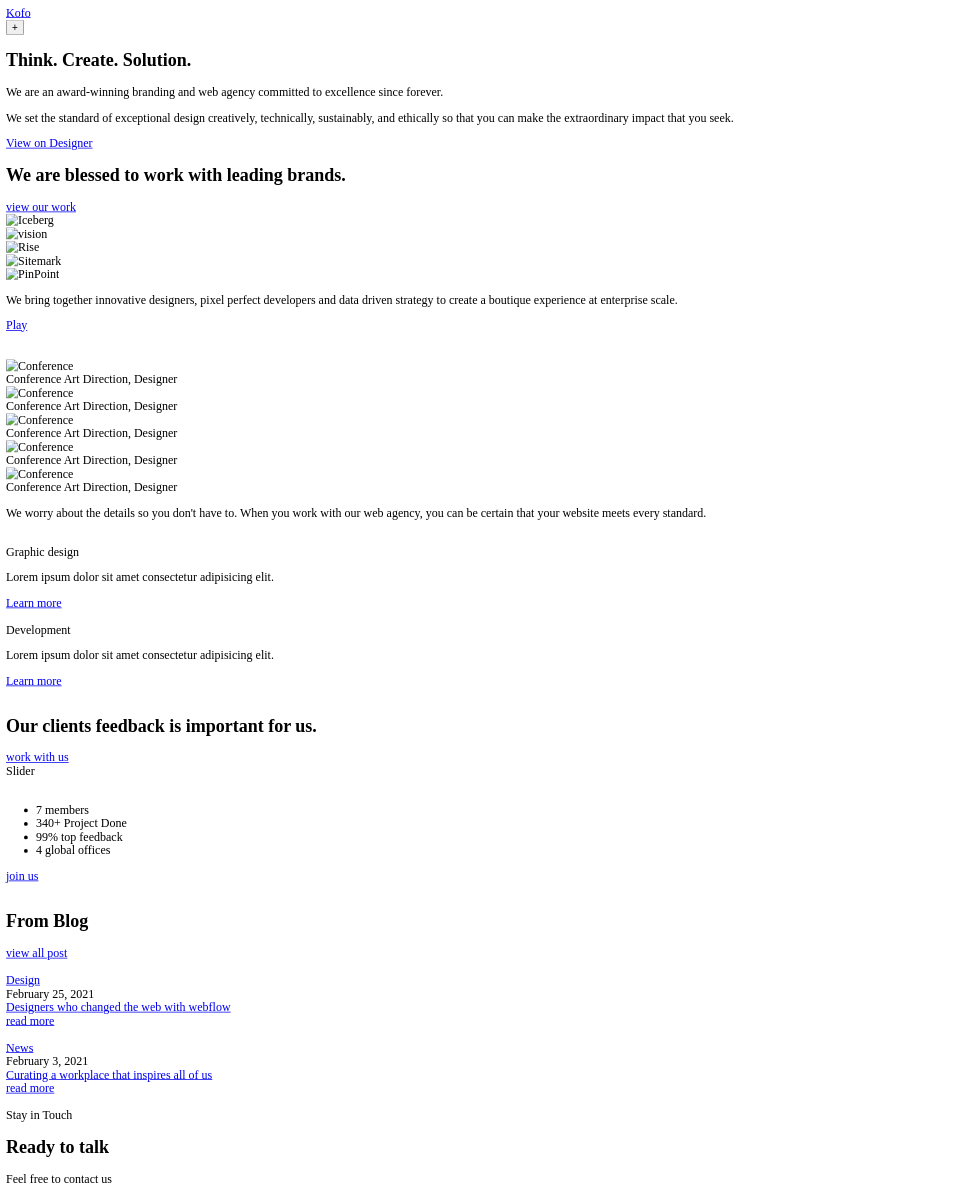
Repository: debthebuilder/kofo
Page: index.html
An editor plug-in stored every save of this project. The page is shown before and after a run of saves, followed by the edit.
The browser window is 1280 px wide. The pictures show the whole page, at 75% of full size.

Above is the page before, as saved 2022-10-13 12:04:29.

### index.html
<!DOCTYPE html>
<html lang="en">
<head>
    <meta charset="UTF-8">
    <meta http-equiv="X-UA-Compatible" content="IE=edge">
    <meta name="viewport" content="width=device-width, initial-scale=1.0">
    <title>Kofo - Webflow Portfolio template</title>
</head>
<body>
    <!--Fixed Top Navigation Bar-->
    <nav class="fixed-navbar">
        <a href="index.html" class="logo">Kofo</a>
        <div>
            <button>+</button>
        </div>
    </nav>
    <!--Hero Section-->
    <section class="hero">
        <div class="row">
            <div class="col">
                <h1>Think. <span>Create.</span> Solution.</h1>
            </div>
            <div class="col">
                <div>
                    <p>We are an award-winning branding and web agency committed to excellence since forever.</p>
                </div>
                <div>
                    <p>We set the standard of exceptional design creatively, technically, sustainably, and ethically so that you can make the extraordinary impact that you seek.</p>
                    <div>
                        <a href="#">View on Designer</a>
                        <span>
                            <img src="#" alt="" />
                        </span>
                    </div>
                </div>
            </div>
        </div>
    </section>
    <!--Partner Brands-->
    <section>
        <div>
            <h2>We are blessed to work with leading brands.</h2>
            <a href="#">view our work</a>
        </div>
        <div>
            <div class="partner-logo">
                <img src="#" alt="Iceberg" />
            </div>
            <div class="partner-logo">
                <img src="#" alt="vision" />
            </div>
            <div class="partner-logo">
                <img src="#" alt="Rise" />
            </div>
            <div class="partner-logo">
                <img src="#" alt="Sitemark" />
            </div>
            <div class="partner-logo">
                <img src="#" alt="PinPoint" />
            </div>
        </div>
    </section>
    <!--What we do-->
    <section class="about">
        <div class="row">
            <div class="col">
                <p>We bring together innovative designers, pixel perfect developers and data driven strategy to create a boutique experience at enterprise scale.</p>
                <div>
                    <a href="#">Play</a>
                    <div>
                        <img src="" alt="" />
                    </div>
                </div>
            </div>
            <div class="col">
                <div>
                    <img src="" alt="" />
                </div>
            </div>
        </div>
    </section>
    <!--Portfolio-->
    <section class="portfolio">
        <div class="grid">
            <div class="portfolio-item">
                <div class="">
                    <img src="" alt="Conference" />
                </div>
                <div class="absolute">
                    <div class="flex-items">
                        <span class="item-title">Conference</span>
                        <span class="item-tags">Art Direction, Designer</span>
                    </div>
                </div>
            </div>
            <div class="portfolio-item">
                <div class="">
                    <img src="" alt="Conference" />
                </div>
                <div class="absolute">
                    <div class="flex-items">
                        <span class="item-title">Conference</span>
                        <span class="item-tags">Art Direction, Designer</span>
                    </div>
                </div>
            </div>
            <div class="portfolio-item">
                <div class="">
                    <img src="" alt="Conference" />
                </div>
                <div class="absolute">
                    <div class="flex-items">
                        <span class="item-title">Conference</span>
                        <span class="item-tags">Art Direction, Designer</span>
                    </div>
                </div>
            </div>
            <div class="portfolio-item">
                <div class="">
                    <img src="" alt="Conference" />
                </div>
                <div class="absolute">
                    <div class="flex-items">
                        <span class="item-title">Conference</span>
                        <span class="item-tags">Art Direction, Designer</span>
                    </div>
                </div>
            </div>
            <div class="portfolio-item">
                <div class="">
                    <img src="" alt="Conference" />
                </div>
                <div class="absolute">
                    <div class="flex-items">
                        <span class="item-title">Conference</span>
                        <span class="item-tags">Art Direction, Designer</span>
                    </div>
                </div>
            </div>
        </div>
    </section>
    <!--Services-->
    <section>
        <p>We worry about the details so you don't have to. When you work with our web agency, you can be certain that your website meets every standard.</p>
        <div class="services">
            <div class="service-card">
                <div class="service-icon">
                    <img src="" alt="" />
                </div>
                <div class="service-details">
                    <div class="service-title">Graphic design</div>
                    <p class="service-intro">Lorem ipsum dolor sit amet consectetur adipisicing elit.</p>
                    <a href="about.html" class="service-link">Learn more</a>
                </div>
            </div>
            <div class="service-card">
                <div class="service-icon">
                    <img src="" alt="" />
                </div>
                <div class="service-details">
                    <div class="service-title">Development</div>
                    <p class="service-intro">Lorem ipsum dolor sit amet consectetur adipisicing elit.</p>
                    <a href="about.html" class="service-link">Learn more</a>
                </div>
            </div>
            <div class="service-card">
                <div class="service-img">
                    <img src="" alt="" />
                </div>
            </div>
        </div>
    </section>
    <!--Testimonial-->
    <section class="testimonial">
        <div>
            <h2>Our clients feedback is important for us.</h2>
            <a href="#">work with us</a>
        </div>
        <div class="feedback">
            <div>Slider</div>
        </div>
    </section>
    <!--Fun Facts-->
    <section class="fun-facts">
        <div class="row">
            <div class="col">
                <img src="" alt="" />
            </div>
            <div class="col">
                <div>
                    <ul>
                        <li class="fact">7 <span class="gray">members</span></li>
                        <li class="fact">340+ <span class="gray">Project Done</span></li>
                        <li class="fact">99% <span class="gray">top feedback</span></li>
                        <li class="fact">4 <span class="gray">global offices</span></li>
                    </ul>

                    <a href="contact.html" class="btn">join us</a>
                    <div>
                        <img src="" alt="" />
                     </div>
                </div>
            </div>
        </div>
    </section>
    <!--Latest Blog Posts-->
    <section class="blog gray-bg">
        <div class="flex-items">
            <h2>From Blog</h2>
            <a href="blog.html" class="link">view all post</a>
        </div>
        <div class="posts">
            <div class="post-card">
                <div class="card-header">
                    <a href="post.html">
                        <img src="" alt="" />
                    </a>
                </div>
                <div class="card-body">
                    <div class="card-info">
                        <div class="post-tag">
                            <a href="#">Design</a></div>
                        <span class="post-date"> February 25, 2021</span>
                    </div>
                    <div class="card-title">
                        <a href="post.html">Designers who changed the web with webflow</a> </div>
                    <div>
                        <a href="post.html" class="link">read more</a>
                    </div>
                </div>
            </div>
            <div class="post-card">
                <div class="card-header">
                    <a href="post.html">
                        <img src="" alt="" />
                    </a>
                </div>
                <div class="card-body">
                    <div class="card-info">
                        <div class="post-tag">
                            <a href="#">News</a></div>
                        <span class="post-date"> February 3, 2021</span>
                    </div>
                    <div class="card-title">
                        <a href="post.html">Curating a workplace that inspires all of us</a> </div>
                    <div>
                        <a href="post.html" class="link">read more</a>
                    </div>
                </div>
            </div>
        </div>
    </section>
    <!--Newsletter-->
    <section class="newsletter gray-bg">
        <div class="flex-items">
            <div class="">
                <img src="" alt="" />
            </div>
        </div>
        <div>
            <div class="tag">Stay in Touch</div>
            <h2>Ready to talk</h2>
            <p>Feel free to contact us</p>
        </div>
    </section>
    <!--Footer-->
</body>
</html>

After the next 7 saves:
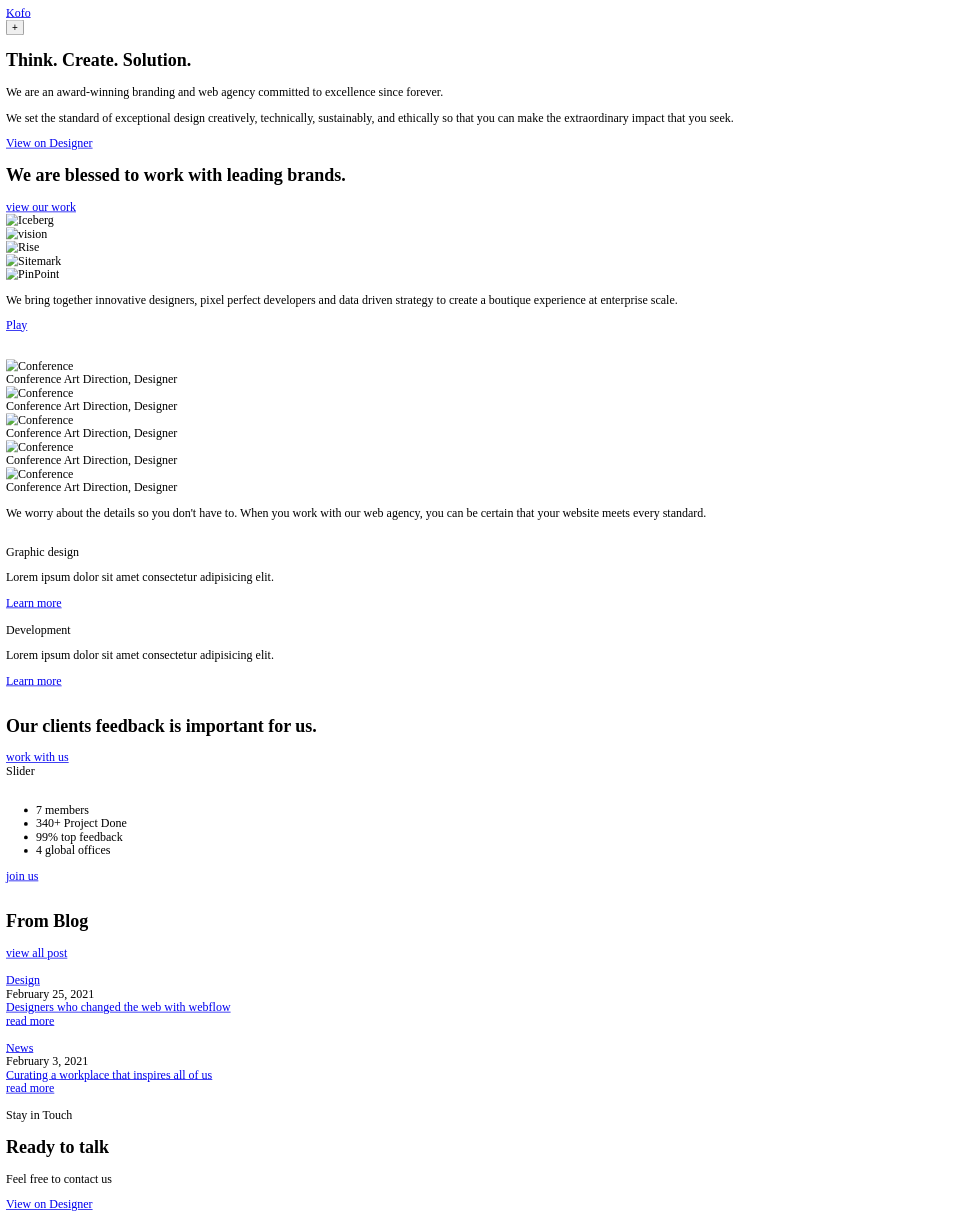
The 7 saves are shown as one change because they came seconds apart.
The last was saved 19 s later.
--- a/index.html
+++ b/index.html
@@ -261,6 +261,7 @@
             <div class="tag">Stay in Touch</div>
             <h2>Ready to talk</h2>
             <p>Feel free to contact us</p>
+            <a href="#">View on Designer</a>
         </div>
     </section>
     <!--Footer-->
